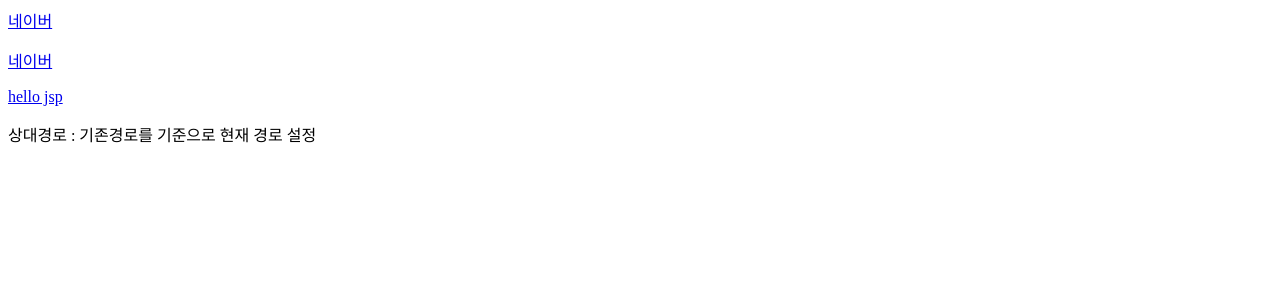
Repository: DrakeJU/eclipse-workspace
Page: Web/WebContent/atag.html
The author's editor kept a copy of each file at every save. The page is drawn from the files as they stood at one save, then again after the next save.
The browser window is 1280 px wide. The pictures show the whole page.

Above is the page before, as saved 2017-10-16 01:02:18.

After the next save:
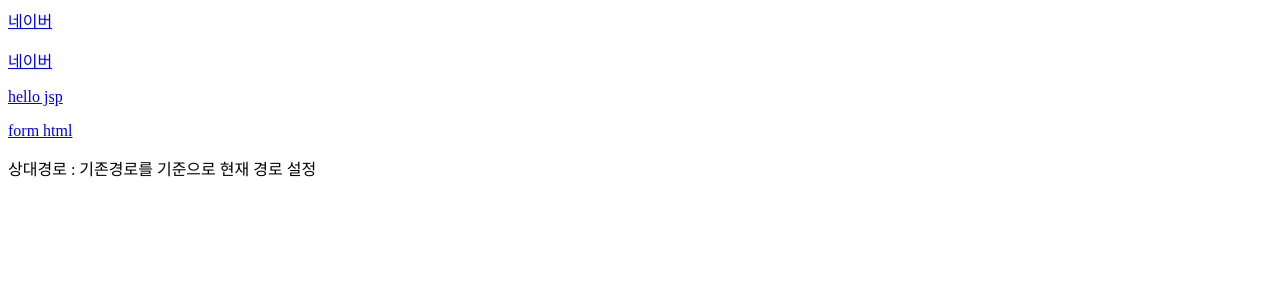
Saved 52 s later.
--- a/Web/WebContent/atag.html
+++ b/Web/WebContent/atag.html
@@ -12,7 +12,7 @@
 	<a href = "./hello.jsp" target = "_self">hello jsp</a><p>
 	<!-- ./ 는 현재 디렉토리에 있는 hello.jsp를 찾아라 라는 소리 -->
 
-
+	<a href = "./01/form.html" target = "_self">form html</a><p>
 
 	상대경로 : 기존경로를 기준으로 현재 경로 설정
 
